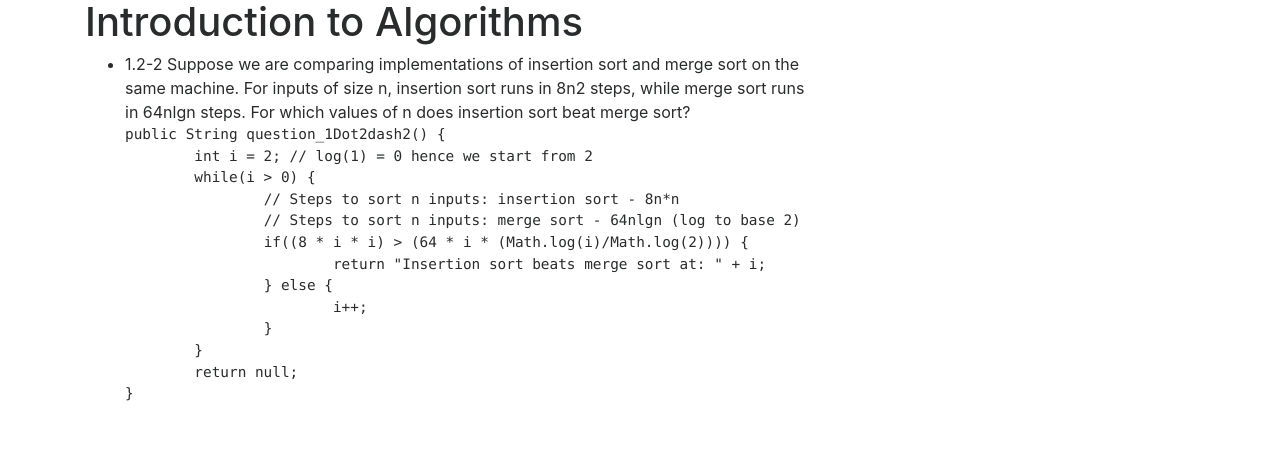
Repository: baltejas/algorithms
Page: algorithms/src/main/webapp/WEB-INF/views/index.html
These files come from the project's save history. The page is drawn as it stood at one moment and after the next save; the edit follows.
The browser window is 1280 px wide. The pictures show the whole page.

Above is the page before, as saved 2017-05-06 18:26:40.

### algorithms/src/main/webapp/WEB-INF/views/index.html
<html>
	<head>
		<link rel="stylesheet" href="resources/css/bootstrap.css">
	</head>
	<body>
		<div class="container">
		<h1>Introduction to Algorithms</h1>
			<div class="row">
				<div class="col-md-8">
					<ul>
						<li>1.2-2 Suppose we are comparing implementations of insertion sort and merge sort on the same machine.
							For inputs of size n, insertion sort runs in 8n2 steps, while merge sort runs in 64nlgn steps.
							For which values of n does insertion sort beat merge sort?<br>
								<pre>
public String question_1Dot2dash2() {
	int i = 2; // log(1) = 0 hence we start from 2
	while(i > 0) {
		// Steps to sort n inputs: insertion sort - 8n*n
		// Steps to sort n inputs: merge sort - 64nlgn (log to base 2)
		if((8 * i * i) > (64 * i * (Math.log(i)/Math.log(2)))) {
			return "Insertion sort beats merge sort at: " + i;
		} else {
			i++;
		}
	}
	return null;
}
								</pre>
						</li>
					</ul>
				</div>
			</div>
		</div>
	</body>
</html>

Loaded but not shown: algorithms/src/main/webapp/resources/css/bootstrap.css (library)

After the next save:
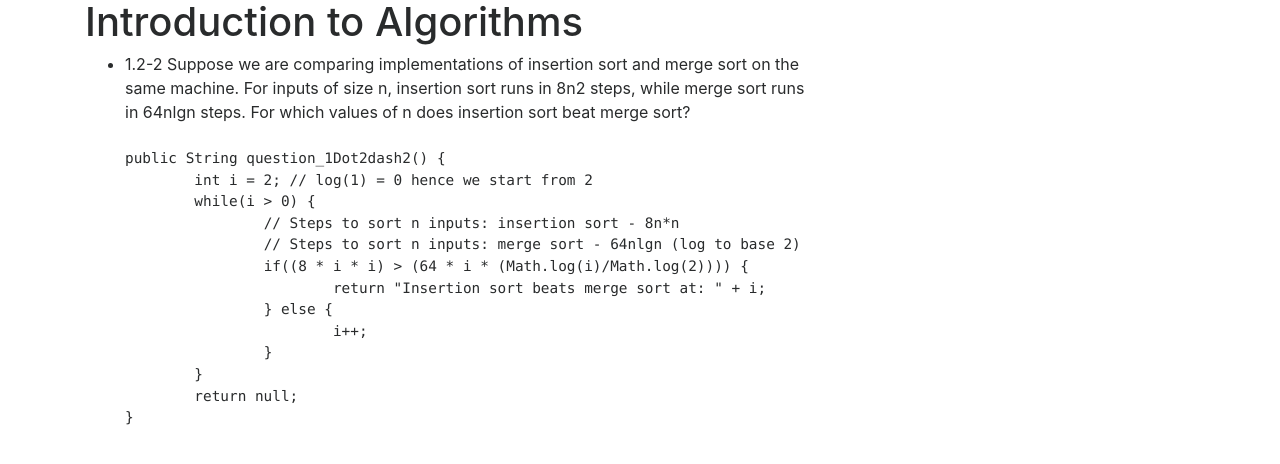
Saved 19 s later.
--- a/algorithms/src/main/webapp/WEB-INF/views/index.html
+++ b/algorithms/src/main/webapp/WEB-INF/views/index.html
@@ -10,7 +10,7 @@
 					<ul>
 						<li>1.2-2 Suppose we are comparing implementations of insertion sort and merge sort on the same machine.
 							For inputs of size n, insertion sort runs in 8n2 steps, while merge sort runs in 64nlgn steps.
-							For which values of n does insertion sort beat merge sort?<br>
+							For which values of n does insertion sort beat merge sort?<br><br>
 								<pre>
 public String question_1Dot2dash2() {
 	int i = 2; // log(1) = 0 hence we start from 2
